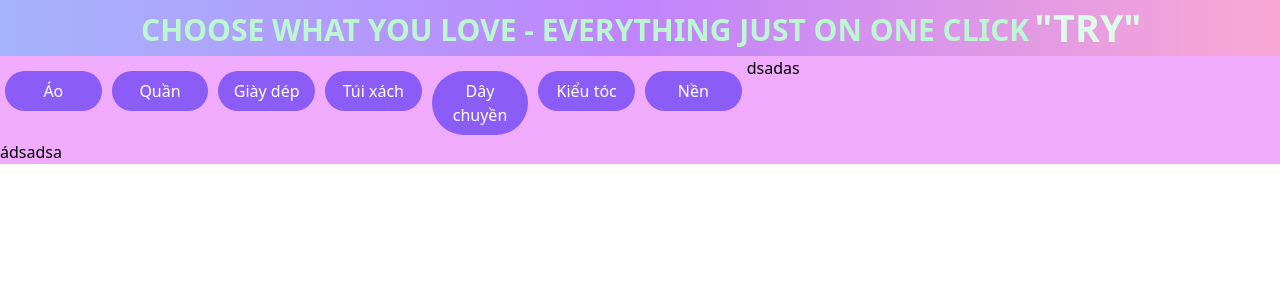
Repository: NguyenVietPhuQuy/ReactJs-TailWind-Redux-FunctionHook-ModelDesign
Page: / (app in modeldesign/)
An editor plug-in stored every save of this project. The page is shown before and after the next save, followed by the edit.
The browser window is 1280 px wide. The pictures show the whole page.
The project was rebuilt for these pictures with package versions that can differ from the ones it lists, and the page was loaded fresh each time. Also part of the build but not shown: modeldesign/src/App.css.

Above is the page before, as saved 2022-11-17 14:10:26.

After the next save:
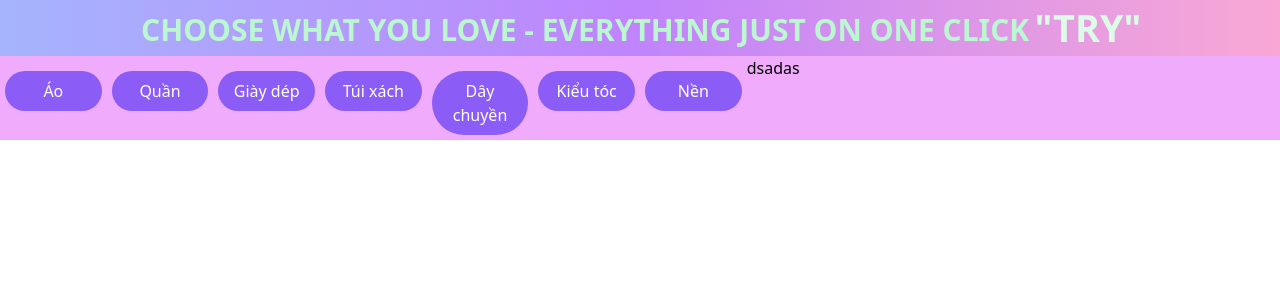
Saved 108 s later.
--- a/modeldesign/src/Components/ProductList.js
+++ b/modeldesign/src/Components/ProductList.js
@@ -1,7 +1,10 @@
 import React from "react";
+import { useSelector } from "react-redux";
 function ProductList(){
+    const productList = useSelector(state => state.products.product)
+    console.log(productList)
     return(<div>
-ádsadsa
+
     </div>)
 }
 export default ProductList
